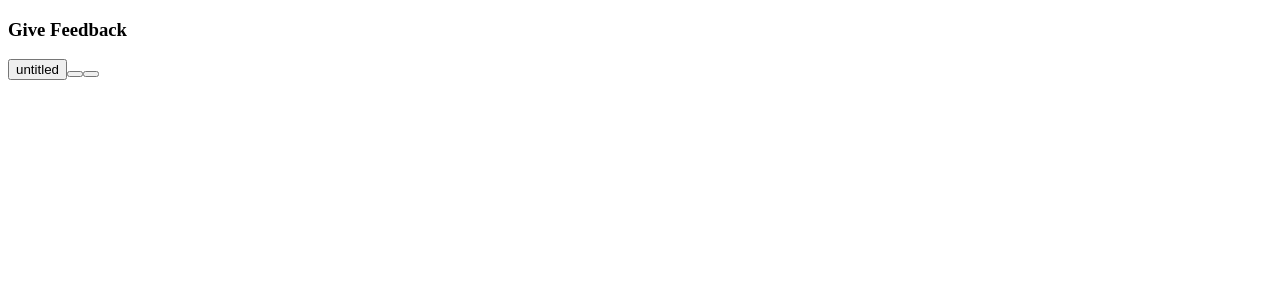
Repository: 4di61/FullStackOpen
Page: / (app in part1/unicafe/)
An editor plug-in stored every save of this project. The page is shown before and after a run of saves, followed by the edit.
The browser window is 1280 px wide. The pictures show the whole page.
The project was rebuilt for these pictures with package versions that can differ from the ones it lists, and the page was loaded fresh each time. Also part of the build but not shown: part1/unicafe/vite.config.js.

Above is the page before, as saved 2024-09-05 10:32:12.

### part1/unicafe/src/App.jsx
import { useState } from 'react'

const Button = ({text,onClick})=> (

  <button onClick={onClick}>
    {text&&"untitled"}
  </button>
)
const Feedback = (props)=> (
  <div>
    <h3>
      Give Feedback
    </h3>
    <Button text={"good"}/>
    <Button />
    <Button />
  </div>
)

const App = () => {
  // save clicks of each button to its own state
  const [good, setGood] = useState(0)
  const [neutral, setNeutral] = useState(0)
  const [bad, setBad] = useState(0)

  return (
    <div>
      <Feedback/>
    </div>
  )
}

export default App

Loaded but not shown: part1/unicafe/index.html (common file); part1/unicafe/src/main.jsx (common file)

After the next 2 saves:
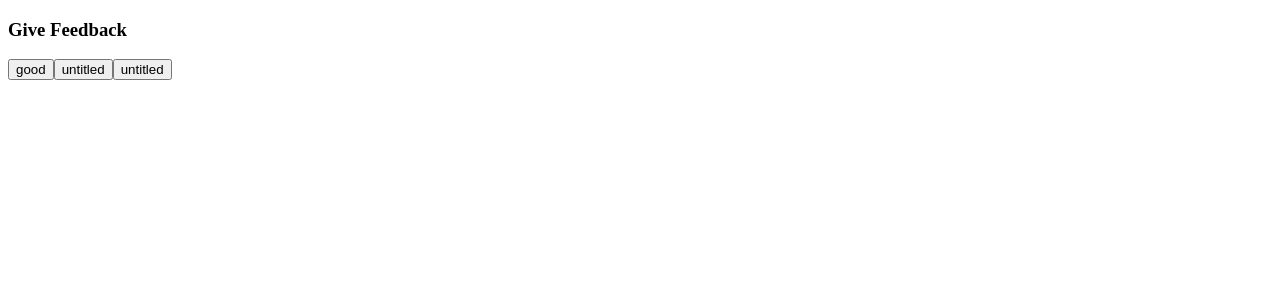
The 2 saves are shown as one change because they came seconds apart.
The last was saved 6 s later.
--- a/part1/unicafe/src/App.jsx
+++ b/part1/unicafe/src/App.jsx
@@ -3,7 +3,7 @@ import { useState } from 'react'
 const Button = ({text,onClick})=> (
 
   <button onClick={onClick}>
-    {text&&"untitled"}
+    {text||"untitled"}
   </button>
 )
 const Feedback = (props)=> (
